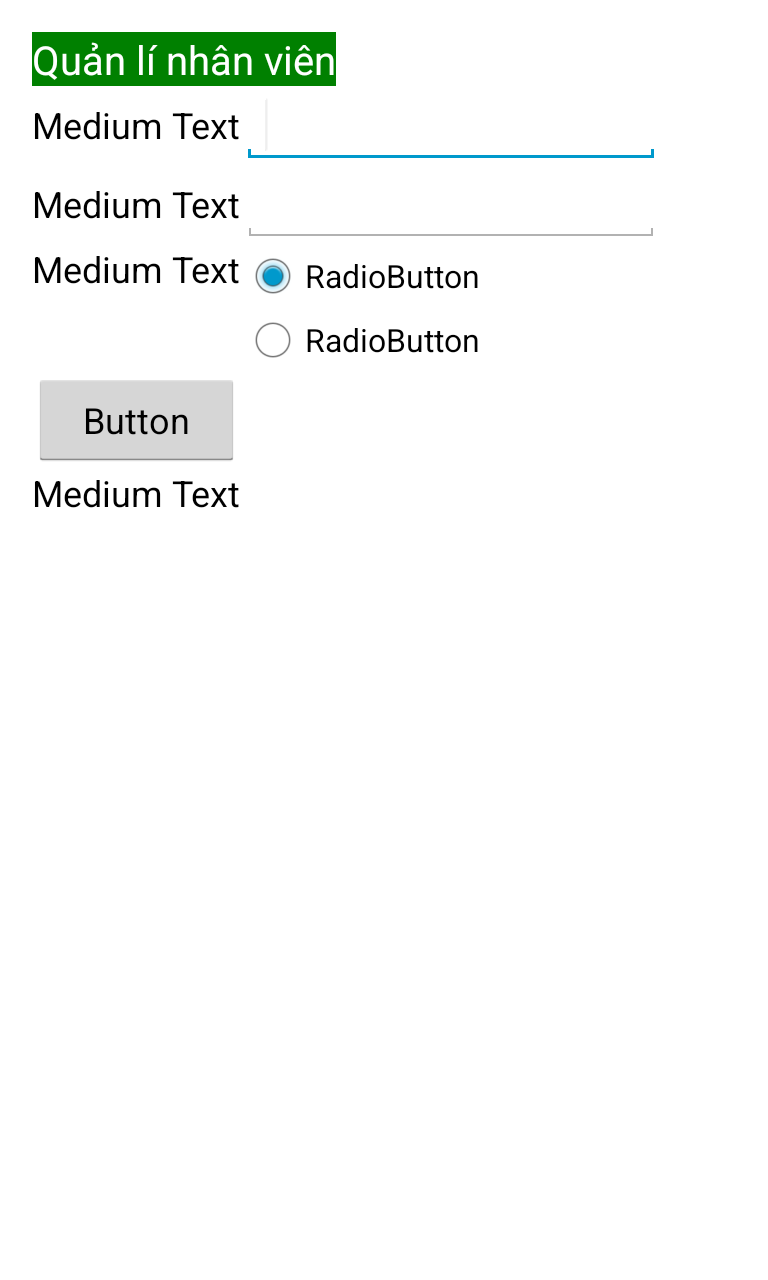
Repository: huynhnhatha/Android
Layout: Bai13/Truong_hop_4/res/layout/activity_main.xml
These files come from the project's save history. The layout is drawn as it stood at one moment and after a run of saves; the edit follows.
It is drawn on a 768 x 1280 px phone screen (xhdpi) without system bars, with theme AppTheme; the app's code is not run. Lists and similar views that code fills are empty.

Above is the layout before, as saved 2017-05-17 08:51:54.

### Bai13/Truong_hop_4/res/layout/activity_main.xml
<LinearLayout xmlns:tools="http://schemas.android.com/tools"
    xmlns:android="http://schemas.android.com/apk/res/android"
    android:id="@+id/LinearLayout1"
    android:layout_width="match_parent"
    android:layout_height="match_parent"
    android:orientation="vertical"
    android:paddingBottom="@dimen/activity_vertical_margin"
    android:paddingLeft="@dimen/activity_horizontal_margin"
    android:paddingRight="@dimen/activity_horizontal_margin"
    android:paddingTop="@dimen/activity_vertical_margin"
    tools:context=".MainActivity" >

    <TextView
        android:id="@+id/textView1"
        android:layout_width="wrap_content"
        android:layout_height="wrap_content"
        android:background="#008000"
        android:gravity="center"
        android:text="Quản lí nhân viên"
        android:textColor="#FFFFFF"
        android:textSize="20sp"/>

    <TableLayout
        android:layout_width="match_parent"
        android:layout_height="wrap_content" >

        <TableRow
            android:id="@+id/tableRow1"
            android:layout_width="wrap_content"
            android:layout_height="wrap_content" >

            <TextView
                android:id="@+id/textView2"
                android:layout_width="wrap_content"
                android:layout_height="wrap_content"
                android:text="Medium Text"
                android:textAppearance="?android:attr/textAppearanceMedium" />

            <EditText
                android:id="@+id/editText1"
                android:layout_width="wrap_content"
                android:layout_height="wrap_content"
                android:ems="10" >

                <requestFocus />
            </EditText>
        </TableRow>

        <TableRow
            android:id="@+id/tableRow2"
            android:layout_width="wrap_content"
            android:layout_height="wrap_content" >

            <TextView
                android:id="@+id/textView3"
                android:layout_width="wrap_content"
                android:layout_height="wrap_content"
                android:text="Medium Text"
                android:textAppearance="?android:attr/textAppearanceMedium" />

            <EditText
                android:id="@+id/editText2"
                android:layout_width="wrap_content"
                android:layout_height="wrap_content"
                android:ems="10" />
        </TableRow>

        <TableRow
            android:id="@+id/tableRow3"
            android:layout_width="wrap_content"
            android:layout_height="wrap_content" >

            <TextView
                android:id="@+id/textView4"
                android:layout_width="wrap_content"
                android:layout_height="wrap_content"
                android:text="Medium Text"
                android:textAppearance="?android:attr/textAppearanceMedium" />

            <RadioGroup
                android:id="@+id/radioGroup1"
                android:layout_width="wrap_content"
                android:layout_height="wrap_content" >

                <RadioButton
                    android:id="@+id/radio0"
                    android:layout_width="wrap_content"
                    android:layout_height="wrap_content"
                    android:checked="true"
                    android:text="RadioButton" />

                <RadioButton
                    android:id="@+id/radio1"
                    android:layout_width="wrap_content"
                    android:layout_height="wrap_content"
                    android:text="RadioButton" />
            </RadioGroup>

        </TableRow>

        <TableRow
            android:id="@+id/tableRow4"
            android:layout_width="wrap_content"
            android:layout_height="wrap_content" >

            <Button
                android:id="@+id/button1"
                android:layout_width="wrap_content"
                android:layout_height="wrap_content"
                android:text="Button" />

        </TableRow>
    </TableLayout>

    <TextView
        android:id="@+id/textView5"
        android:layout_width="wrap_content"
        android:layout_height="wrap_content"
        android:text="Medium Text"
        android:textAppearance="?android:attr/textAppearanceMedium" />

    <ListView
        android:id="@+id/listView1"
        android:layout_width="match_parent"
        android:layout_height="wrap_content" >
    </ListView>

</LinearLayout>

Loaded but not shown: Bai13/Truong_hop_4/res/values/styles.xml (common file); Bai13/Truong_hop_4/res/values-v11/styles.xml (common file); Bai13/Truong_hop_4/res/values-v14/styles.xml (common file); Bai13/Truong_hop_4/res/values/dimens.xml (common file)

After the next 3 saves:
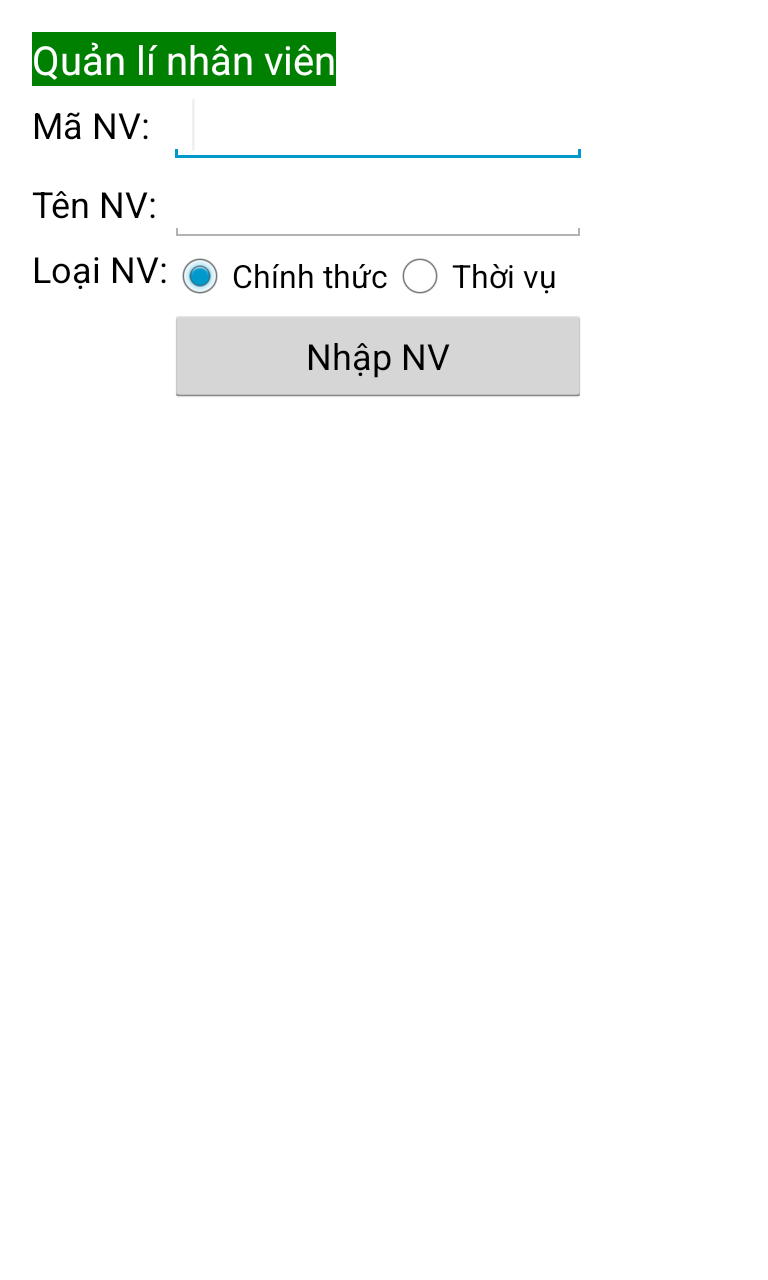
The 3 saves are shown as one change because 2 did not build or start.
The last was saved 6 min 54 s later.
--- a/Bai13/Truong_hop_4/res/layout/activity_main.xml
+++ b/Bai13/Truong_hop_4/res/layout/activity_main.xml
@@ -33,11 +33,11 @@
                 android:id="@+id/textView2"
                 android:layout_width="wrap_content"
                 android:layout_height="wrap_content"
-                android:text="Medium Text"
+                android:text="Mã NV:"
                 android:textAppearance="?android:attr/textAppearanceMedium" />
 
             <EditText
-                android:id="@+id/editText1"
+                android:id="@+id/editMa"
                 android:layout_width="wrap_content"
                 android:layout_height="wrap_content"
                 android:ems="10" >
@@ -55,13 +55,14 @@
                 android:id="@+id/textView3"
                 android:layout_width="wrap_content"
                 android:layout_height="wrap_content"
-                android:text="Medium Text"
+                android:text="Tên NV:"
                 android:textAppearance="?android:attr/textAppearanceMedium" />
 
             <EditText
-                android:id="@+id/editText2"
+                android:id="@+id/editTen"
                 android:layout_width="wrap_content"
                 android:layout_height="wrap_content"
+                android:layout_span="2"
                 android:ems="10" />
         </TableRow>
 
@@ -74,26 +75,25 @@
                 android:id="@+id/textView4"
                 android:layout_width="wrap_content"
                 android:layout_height="wrap_content"
-                android:text="Medium Text"
+                android:text="Loại NV:"
                 android:textAppearance="?android:attr/textAppearanceMedium" />
 
             <RadioGroup
                 android:id="@+id/radioGroup1"
-                android:layout_width="wrap_content"
-                android:layout_height="wrap_content" >
+                android:orientation="horizontal">
 
                 <RadioButton
-                    android:id="@+id/radio0"
+                    android:id="@+id/radChinhthuc"
                     android:layout_width="wrap_content"
                     android:layout_height="wrap_content"
                     android:checked="true"
-                    android:text="RadioButton" />
+                    android:text="Chính thức" />
 
                 <RadioButton
-                    android:id="@+id/radio1"
+                    android:id="@+id/radThoivu"
                     android:layout_width="wrap_content"
                     android:layout_height="wrap_content"
-                    android:text="RadioButton" />
+                    android:text="Thời vụ" />
             </RadioGroup>
 
         </TableRow>
@@ -104,10 +104,11 @@
             android:layout_height="wrap_content" >
 
             <Button
-                android:id="@+id/button1"
+                android:id="@+id/btnnhap"
                 android:layout_width="wrap_content"
                 android:layout_height="wrap_content"
-                android:text="Button" />
+                android:layout_column="1"
+                android:text="Nhập NV" />
 
         </TableRow>
     </TableLayout>
@@ -116,11 +117,11 @@
         android:id="@+id/textView5"
         android:layout_width="wrap_content"
         android:layout_height="wrap_content"
-        android:text="Medium Text"
+        android:background="#008000"
         android:textAppearance="?android:attr/textAppearanceMedium" />
 
     <ListView
-        android:id="@+id/listView1"
+        android:id="@+id/lvnhanvien"
         android:layout_width="match_parent"
         android:layout_height="wrap_content" >
     </ListView>
